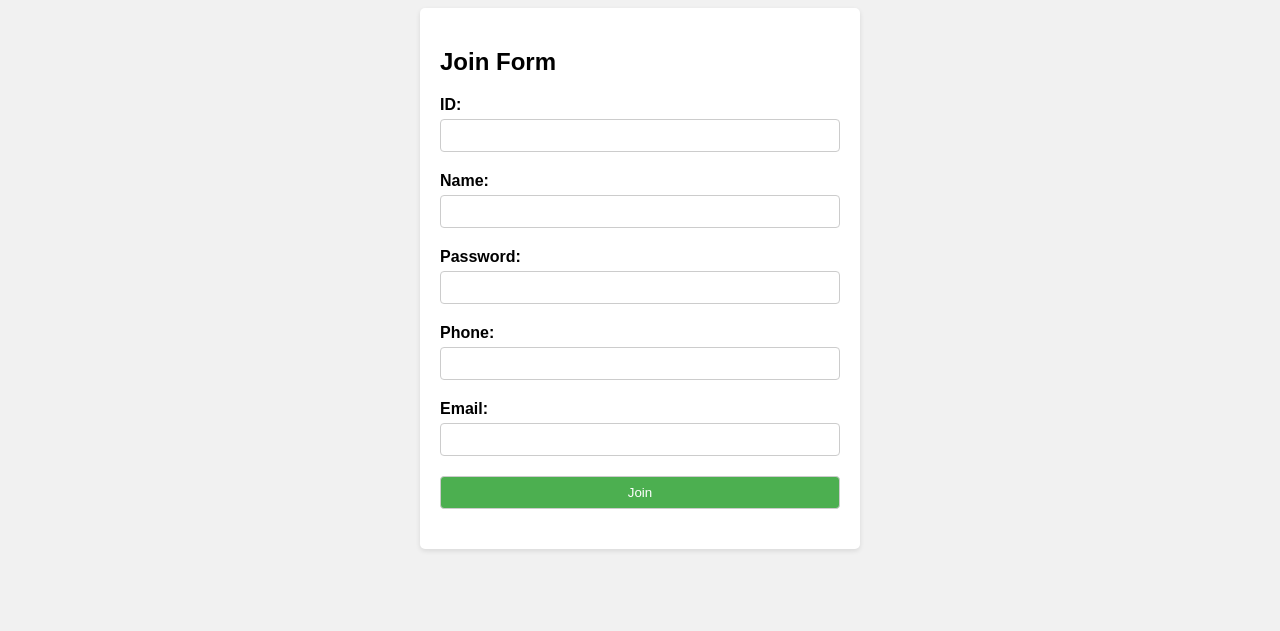
Repository: i-kemen/jsp
Page: WebTest/src/main/webapp/join.html
The author's editor kept a copy of each file at every save. The page is drawn from the files as they stood at one save, then again after the next save.
The browser window is 1280 px wide. The pictures show the whole page.

Above is the page before, as saved 2023-06-26 11:01:12.

After the next save:
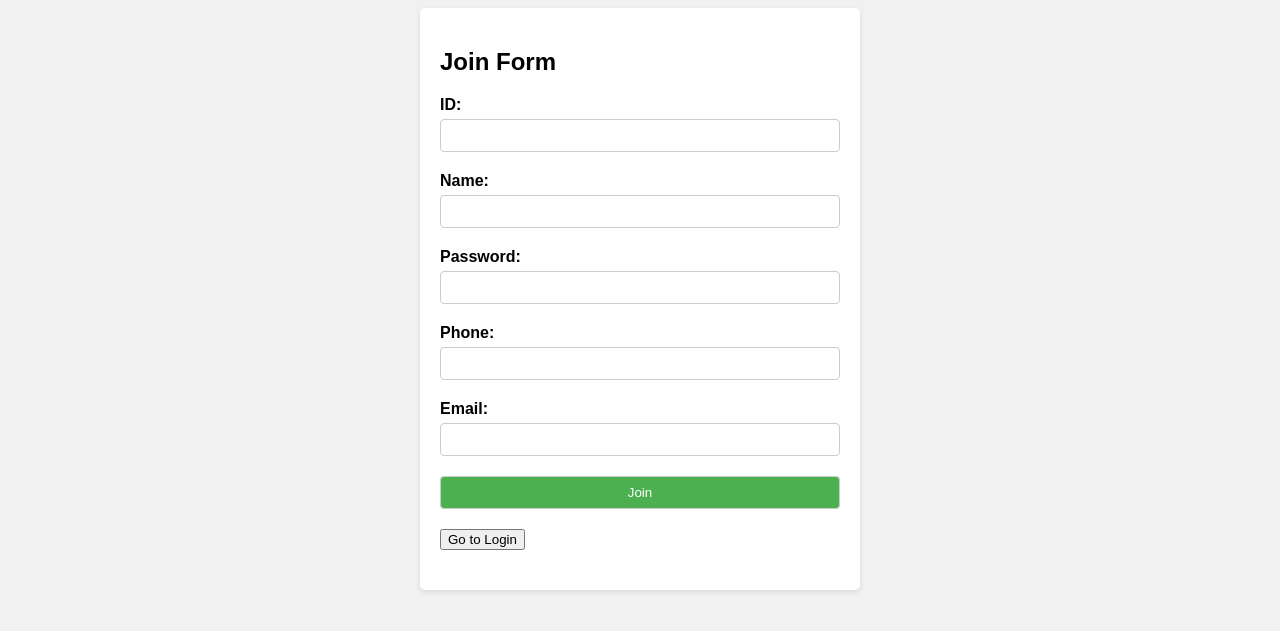
Saved 30 s later.
--- a/WebTest/src/main/webapp/join.html
+++ b/WebTest/src/main/webapp/join.html
@@ -107,6 +107,9 @@
                 <input type="submit" value="Join">
             </div>
         </form>
+        <div class="form-group">
+            <button onclick="goToLoginPage()">Go to Login</button>
+        </div>
     </div>
 </body>
 </html>
